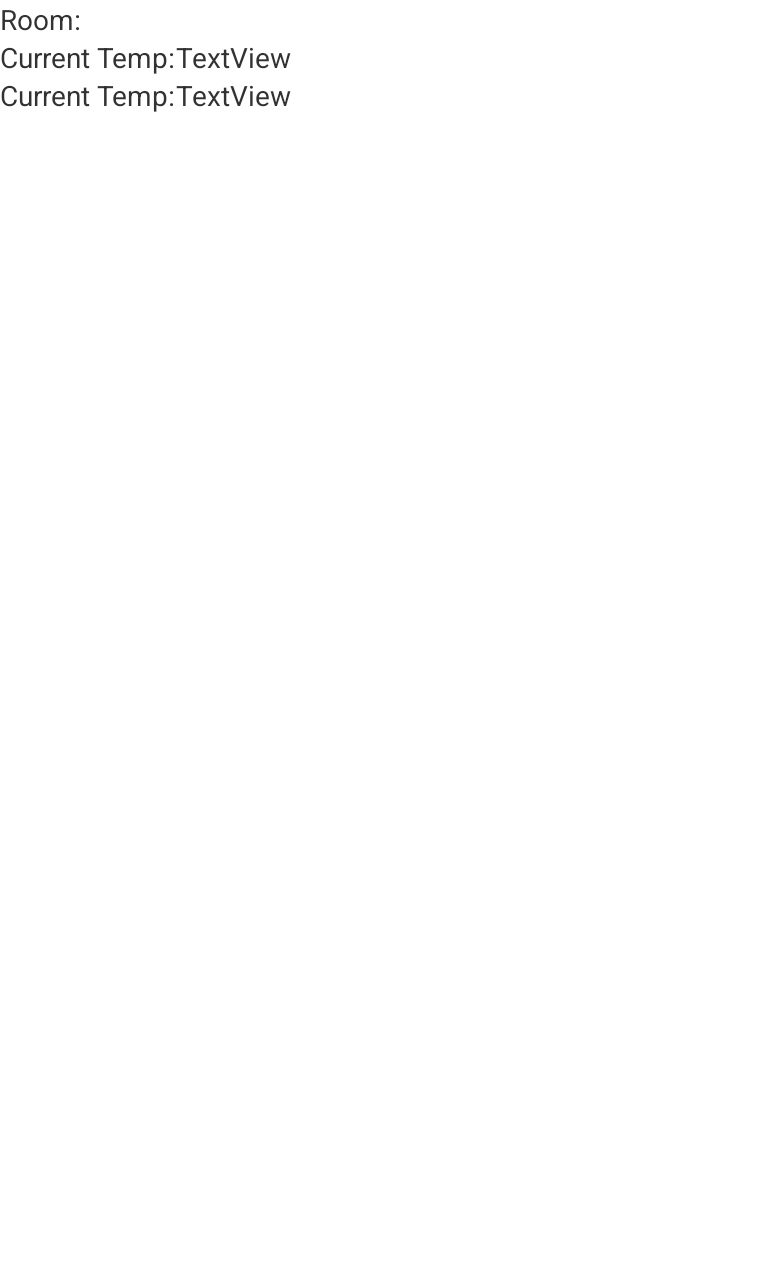
Repository: finerrecliner/SmartVent
Layout: SmartVent/res/layout/activity_room.xml
The author's editor kept a copy of each file at every save. The layout is drawn from the files as they stood at one save, then again after the next save.
It is drawn on a 768 x 1280 px phone screen (xhdpi) without system bars, with theme AppTheme; the app's code is not run.

Above is the layout before, as saved 2013-11-02 17:43:31.

After the next save:
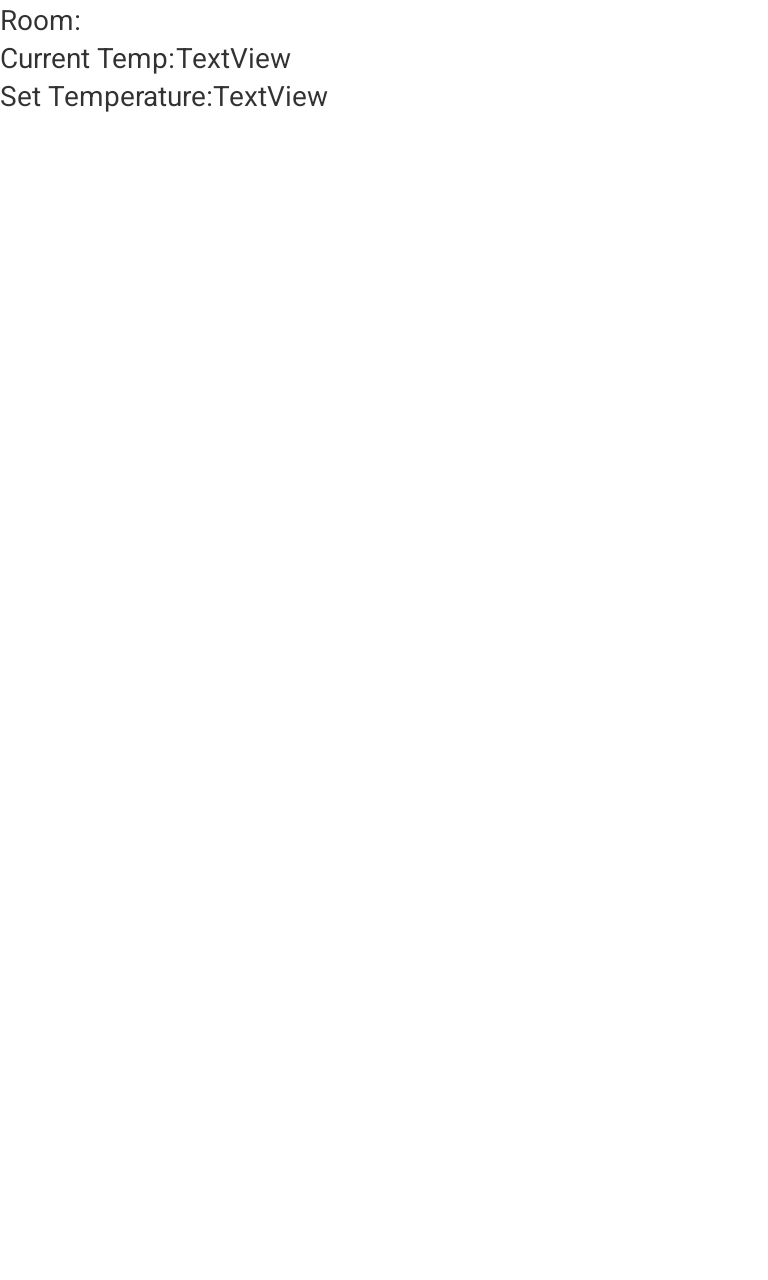
Saved 30 s later.
--- a/SmartVent/res/layout/activity_room.xml
+++ b/SmartVent/res/layout/activity_room.xml
@@ -30,14 +30,14 @@
     </LinearLayout>
 
     <LinearLayout
-        android:id="override_temp_row"
+        android:id="set_temp_row"
         android:layout_width="match_parent"
         android:layout_height="wrap_content" >
 
         <TextView
             android:layout_width="wrap_content"
             android:layout_height="wrap_content"
-            android:text="@string/current_temp" />
+            android:text="Set Temperature:" />
 
         <TextView
             android:id="@+id/textView1"
